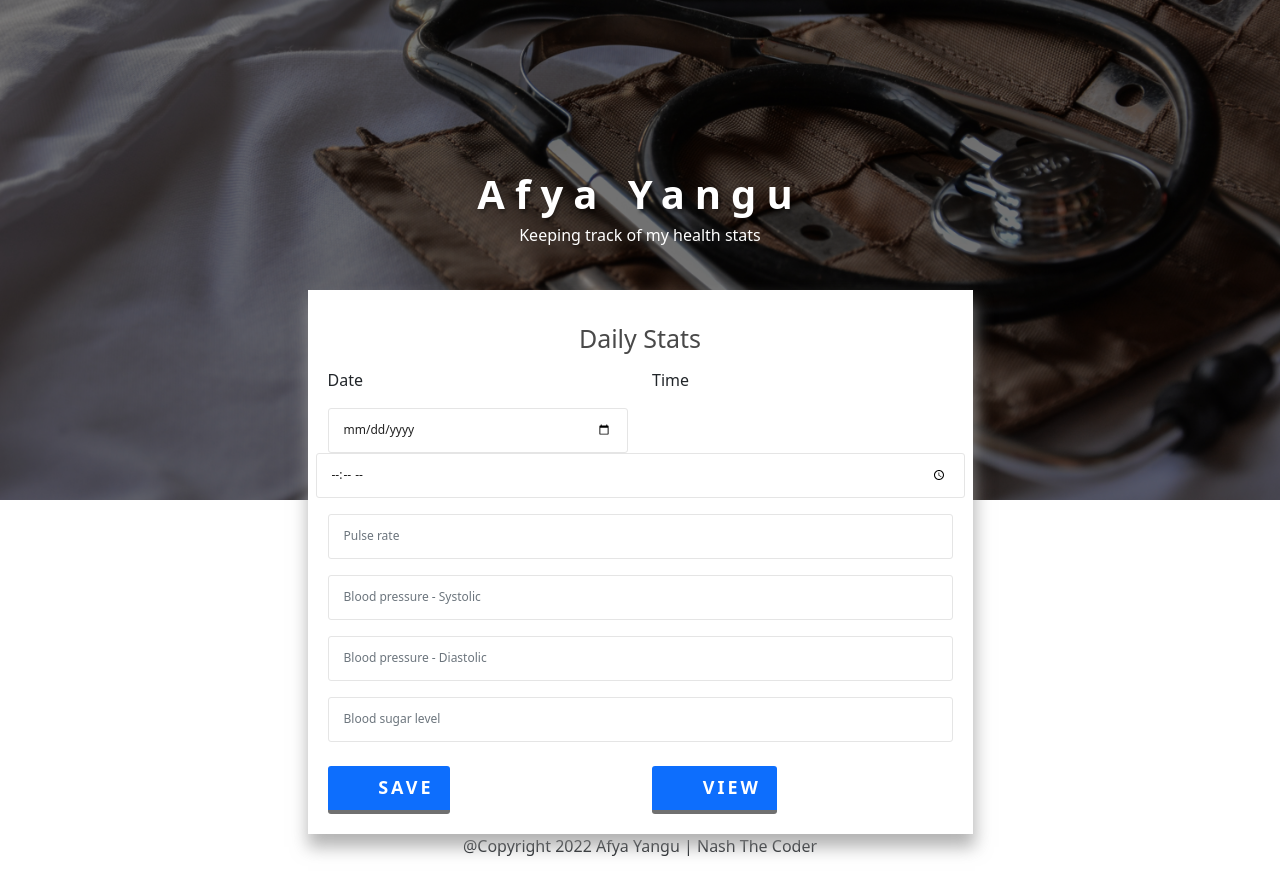
Repository: nashthecoder/afya_yangu
Page: /
An editor plug-in stored every save of this project. The page is shown before and after a run of saves, followed by the edit.
The browser window is 1280 px wide. The pictures show the whole page.
The project was rebuilt for these pictures with package versions that can differ from the ones it lists, and the page was loaded fresh each time.

Above is the page before, as saved 2022-02-27 16:01:59.

After the next 2 saves:
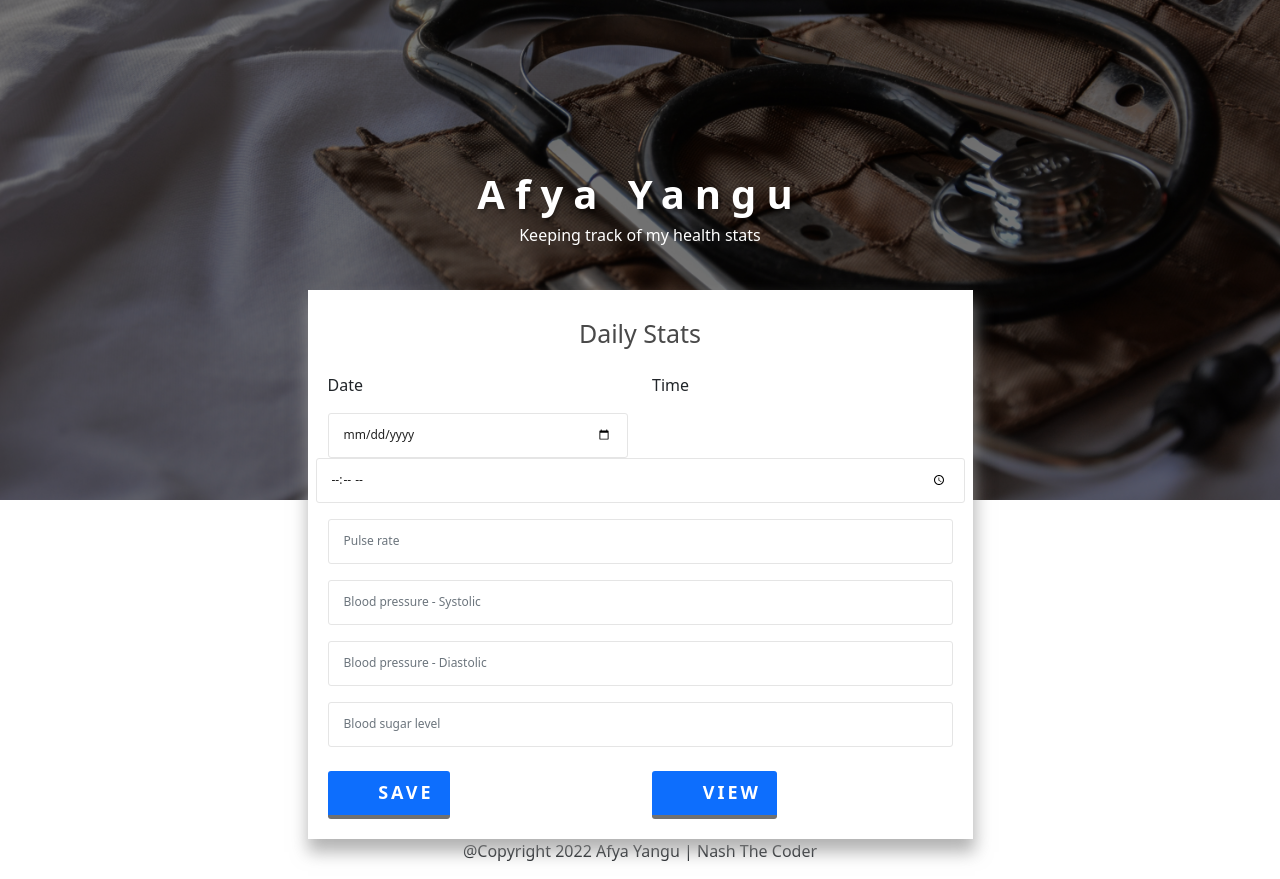
The 2 saves are shown as one change because they came seconds apart.
The last was saved 6 min 2 s later.
--- a/src/style.scss
+++ b/src/style.scss
@@ -182,3 +182,85 @@ footer p {
     -moz-background-clip: text;
     background-clip: text;
 }
+
+/*********************************************/
+/*              MEDIA QUERIES CSS           "/
+/*********************************************/
+
+@media only screen and (min-width: 994px) and (max-width: 1398px) and (-webkit-min-device-pixel-ratio: 1) {
+    .form-box #box-title {
+        padding: 5px 20px 20px 20px;
+    }
+}
+
+@media only screen and (min-width: 767px) and (max-width: 1196px) and (-webkit-min-device-pixel-ratio: 1) {
+    .form-box #box-title {
+        padding: 0px;
+    }
+    .fill-form .form-box__content {
+        padding: 50px 50px 60px 50px;
+    }
+}
+
+@media only screen and (min-width: 500px) and (max-width: 766px) and (-webkit-min-device-pixel-ratio: 1) {
+    .form-box #box-title {
+        padding: 0px;
+    }
+    .fill-form .form-box__content {
+        padding: 50px 50px 60px 50px;
+    }
+    h3.brand {
+        font-size: 30px;
+    }
+    .caption-text h4 {
+        font-size: 14px;
+    }
+    .caption-text {
+        margin-top: 110px;
+    }
+    footer {
+        margin-bottom: 30px;
+    }
+    .form-box__img {
+        display: none;
+    }
+}
+
+@media only screen and (min-width: 360px) and (max-width: 499px) and (-webkit-min-device-pixel-ratio: 1) {
+    .caption-text {
+        margin-top: 30px;
+    }
+    h3.brand {
+        font-size: 19px;
+    }
+    .banner {
+        min-height: 400px;
+    }
+    .form-box__img {
+        display: none;
+    }
+    footer {
+        margin-bottom: 10px;
+    }
+}
+
+@media only screen and (max-width: 359px) {
+    .caption-text {
+        margin-top: 30px;
+    }
+    h3.brand {
+        font-size: 17px;
+    }
+    .caption-text h4 {
+        font-size: 12px;
+    }
+    .banner {
+        min-height: 400px;
+    }
+    .form-box__img {
+        display: none;
+    }
+    .form-box #box-title {
+        padding: 0px 30px 30px;
+    }
+}
